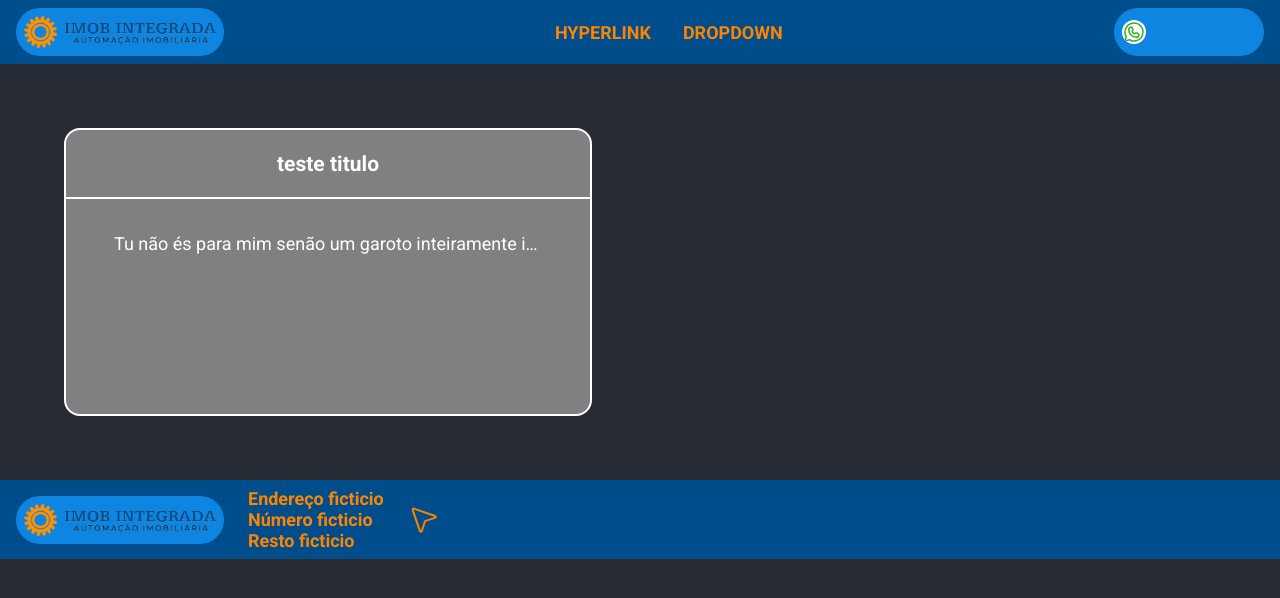
Repository: K0slov/testeAPI
Page: /
The author's editor kept a copy of each file at every save. The page is drawn from the files as they stood at one save, then again after the next save.
The browser window is 1280 px wide. The pictures show the whole page.
The project was rebuilt for these pictures with package versions that can differ from the ones it lists, and the page was loaded fresh each time. Also part of the build but not shown: vite.config.ts.

Above is the page before, as saved 2022-06-27 18:51:43.

### index.html
<!DOCTYPE html>
<html lang="en">
  <head>
    <meta charset="UTF-8" />
    <link rel="icon" type="image/svg+xml" href="/src/favicon.svg" />
    <meta name="viewport" content="width=device-width, initial-scale=1.0" />
    <link rel="preconnect" href="https://fonts.googleapis.com" />
    <link rel="preconnect" href="https://fonts.gstatic.com" crossorigin />
    <link href="https://fonts.googleapis.com/css2?family=Roboto:wght@400;500;700&display=swap" rel="stylesheet" />
    <title>Teste Imob</title>
  </head>
  <body>
    <div id="root"></div>
    <script type="module" src="/src/main.tsx"></script>
  </body>
</html>

### src/App.tsx
import { Card } from "./components/Card/card"
import { Footer } from "./components/Footer/footer"
import { Header } from "./components/Header/header"


function App() {
  return (
    <>
      <Header />
      <Card />
      <Footer />
    </>
  )
}

export default App

### src/styles/global.css
body {
  height: 100%;
  margin: 0;
  font-family: 'Roboto', sans-serif;
  font-size: 18px;
  -webkit-font-smoothing: antialiased;
  -moz-osx-font-smoothing: grayscale;
  background-color: #282c34;
  color: white;
}
code {
  font-family: source-code-pro, Menlo, Monaco, Consolas, 'Courier New',
    monospace;
}

### src/components/Card/card.tsx
import './style.modeule.css'

export function Card() {
    return (
        <div className="card">
            <div className='titulo'>
                <h3>teste titulo</h3>
            </div>
            <div className='conteudo'>
                <p>Tu não és para mim senão um garoto inteiramente igual a cem mil outros garotos. E eu não tenho necessidade de ti. E tu não tens também necessidade de mim. Não passo a teus olhos de uma raposa igual a cem mil outras raposas. Mas, se tu me cativas, nós teremos necessidade um do outro. Serás pra mim o único no mundo. E eu serei para ti a única no mundo…</p>
            </div>
        </div>
    )
}

### src/components/Footer/footer.tsx
import './style.modeule.css'
import image from '../../assets/logoLaranja.png'
import { NavigationArrow } from 'phosphor-react'

export function Footer() {
    return (
        <footer>
            <img src={image} />
            <a href='' target='_blank'>
                <div className='adress'>
                    <span>Endereço ficticio</span>
                    <span>Número ficticio</span>
                    <span>Resto ficticio</span>
                </div>
                <NavigationArrow size={32} />
            </a>
        </footer>
    )
}

### src/components/Header/header.tsx
import './style.modeule.css'
import image from '../../assets/logoLaranja.png'
import { WhatsappLogo } from "phosphor-react";

export function Header() {
    return(
        <header>
            <img src={image} />

            <nav className="menu">
                <a className="menu-item" href=" ">HYPERLINK</a>
                <a className="menu-item" href=" ">DROPDOWN</a>
            </nav>

            <a className="wppLink" href="">
                <div className="wpp">
                    <WhatsappLogo className="icon" size={24} color="#34af23" />
                    <p className="number">(27) 98856-9001</p>
                </div>
            </a>
        </header>
    )
}

### src/components/Card/style.modeule.css
.card {
    width: 33rem;
    height: 18rem;
    display: flex;
    border: 2px solid;
    border-radius: 1rem;
    border-color: white;
    flex-direction: column;
    background-color: gray;
    align-items: center;
    margin: 4rem;
    box-sizing: border-box;
}
.titulo {
    border-bottom: 2px solid;
    border-color: white;
    display: flex;
    width: 100%;
    height: auto;
    box-sizing: border-box;
    align-items: center;
    justify-content: center;
    }
.conteudo {
    padding: 1rem 3rem;
    display: flex;
    width: 100%;
    height: auto;
    box-sizing: border-box;
    align-items: center;
    justify-content: center;
}
p {
    max-width: 100ch;
    height: 100px;
    overflow: hidden;
    text-overflow: ellipsis;
    white-space: nowrap;
}

### src/components/Footer/style.modeule.css
footer {
    width: 100%;
    padding: 0.5rem 1rem;
    background-color: #004d8b;
    display: flex;
    align-items: center;
    color: #fd8402;
    position: fixed;
}
img {
    width: 12rem;
    height: 2rem;
    background: #0e86e1;
    border-radius: 5rem;
    padding: 0.5rem;
}
.adress {
    display: flex;
    flex-direction: column;
    margin: 0rem 1.5rem;
}
a {
    text-decoration: none;
    color: #fd8402;
    font-weight: bold;
    display: flex;
    align-items: center;
    justify-content: flex-start;
}

### src/components/Header/style.modeule.css
header{
    padding: 0.5rem 1rem;
    background-color: #004d8b;
    display: flex;
    align-items: center;
    color: #fd8402;
    justify-content: space-between;
}
img{
    width: 12rem;
    height: 2rem;
    background: #0e86e1;
    border-radius: 5rem;
    padding: 0.5rem;
}
.wpp {
    width: auto;
    height: 2rem;
    display: flex;
    flex-direction: row;
    background: #0e86e1;
    border-radius: 5rem;
    padding: 0.5rem;
    align-items: center;
    justify-content: flex-start;
}
.number {
    margin-left: 0.2rem;
    font-size: 14px;
}
.wppLink {
    text-decoration: none;
    color: #fd8402;
    font-weight: bold;
}
.wppLink:hover {
    color: #0e86e1;
    transition-duration: 150ms;
}
.wpp:hover {
    background: #fd8402;
    transition-duration: 150ms;
}
.menu {
    display: flex;
    justify-content: space-between;
}

.menu-item {
    margin: 0rem 1rem;
    color: #fd8402;
    text-decoration: none;
}
.menu-item:hover {
    opacity: 40%;
}
.icon {
    background: white;
    border-radius: 50%;
}

Loaded but not shown: src/main.tsx (common file)

After the next save:
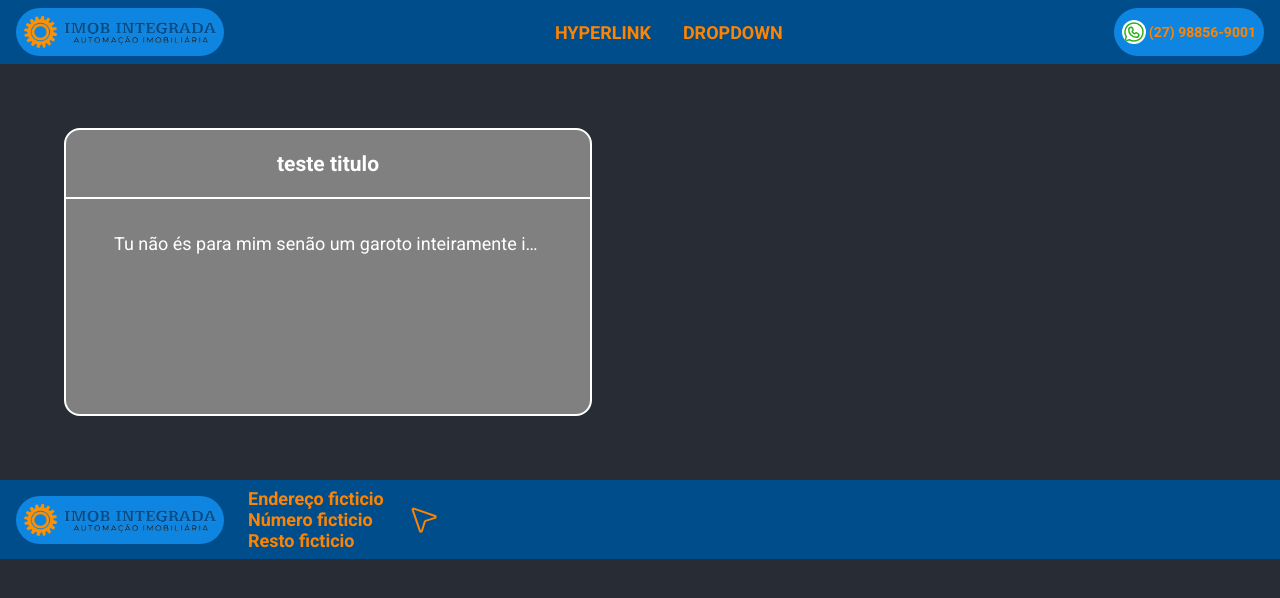
Saved 26 s later.
--- a/src/components/Card/style.modeule.css
+++ b/src/components/Card/style.modeule.css
@@ -32,7 +32,7 @@
 }
 p {
     max-width: 100ch;
-    height: 100px;
+    justify-content: justify;
     overflow: hidden;
     text-overflow: ellipsis;
     white-space: nowrap;

After the 3 saves that followed:
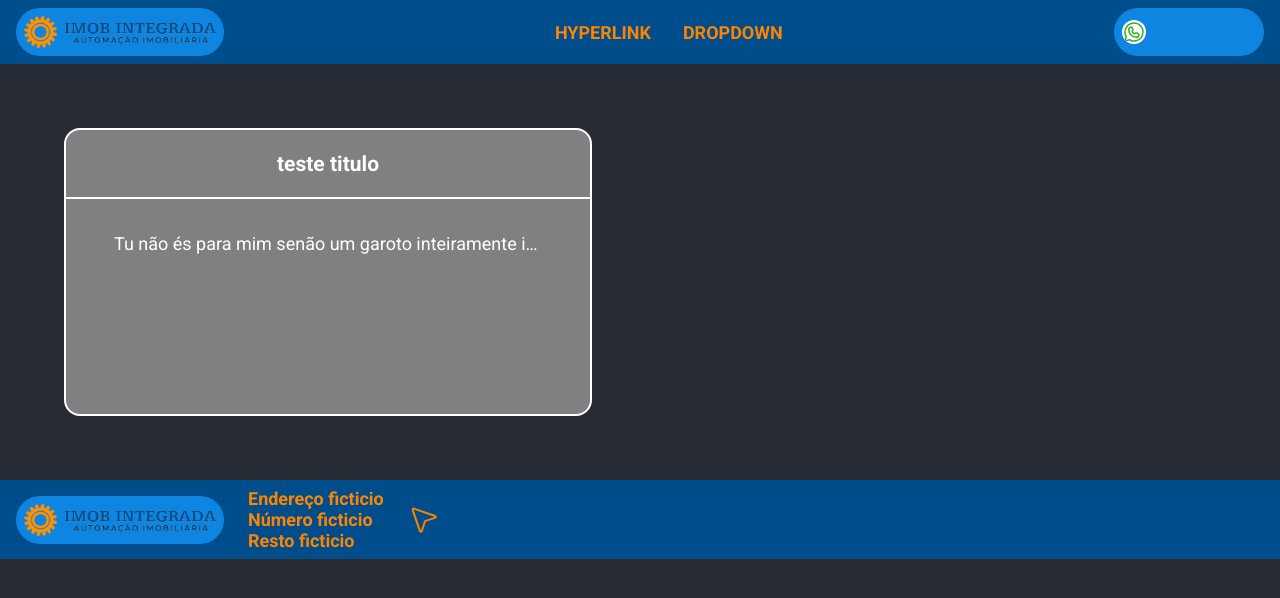
The 3 saves are shown as one change because 2 left the picture as it was.
The last was saved 93 s later.
--- a/src/components/Card/style.modeule.css
+++ b/src/components/Card/style.modeule.css
@@ -32,7 +32,8 @@
 }
 p {
     max-width: 100ch;
-    justify-content: justify;
+    height: 100px;
+    text-align: justify;
     overflow: hidden;
     text-overflow: ellipsis;
     white-space: nowrap;
